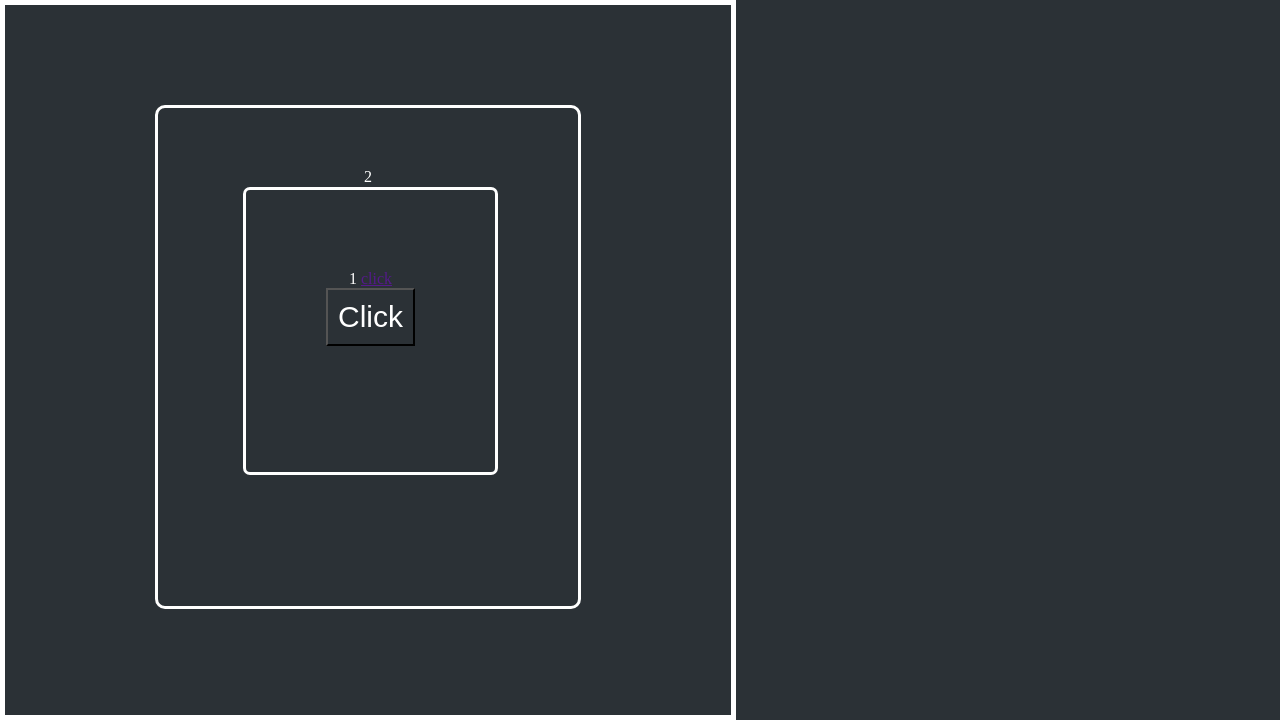
Repository: wakoya-tech/react-project
Page: Desktop/shaakala/hara/index.html
The author's editor kept a copy of each file at every save. The page is drawn from the files as they stood at one save, then again after the next save.
The browser window is 1280 px wide. The pictures show the whole page.

Above is the page before, as saved 2025-08-29 19:57:59.

After the next save:
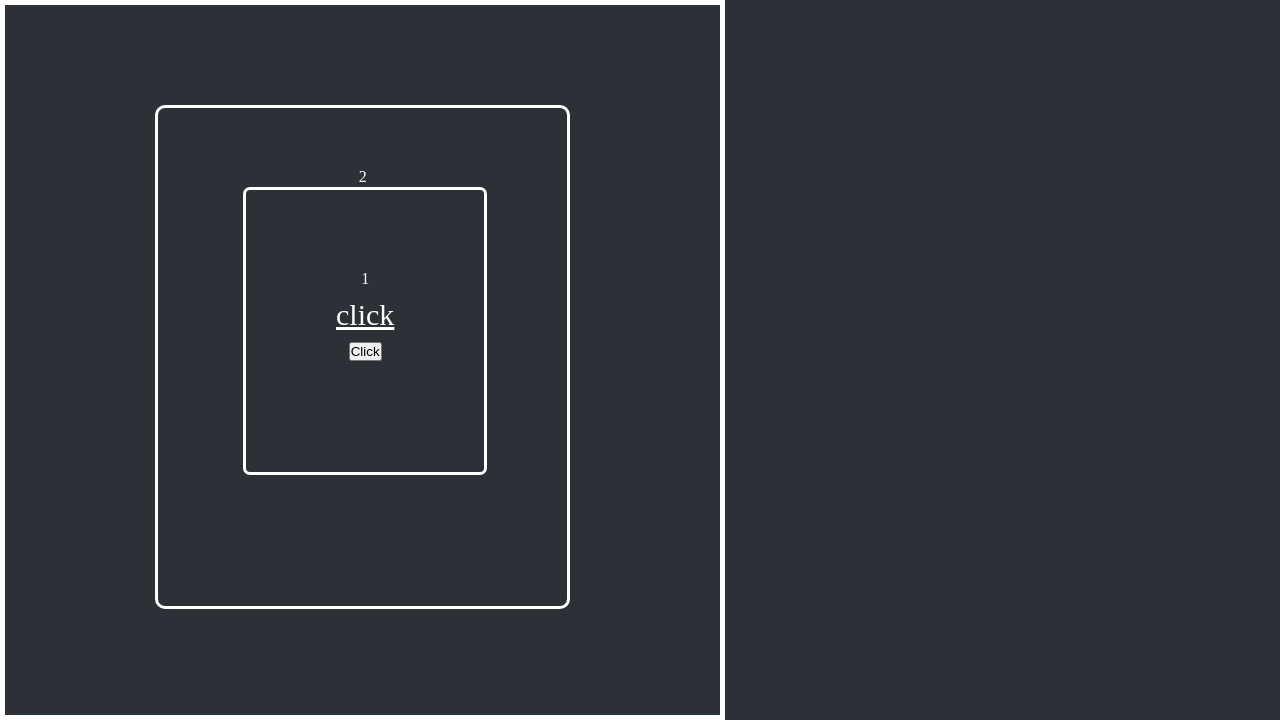
Saved 62 s later.
--- a/Desktop/shaakala/hara/index.html
+++ b/Desktop/shaakala/hara/index.html
@@ -42,7 +42,7 @@
         align-items: center;
         border-radius: 7px;
     }
-    button {
+    .button {
         font-size: 30px;
         margin: auto;
         width: 100%;
